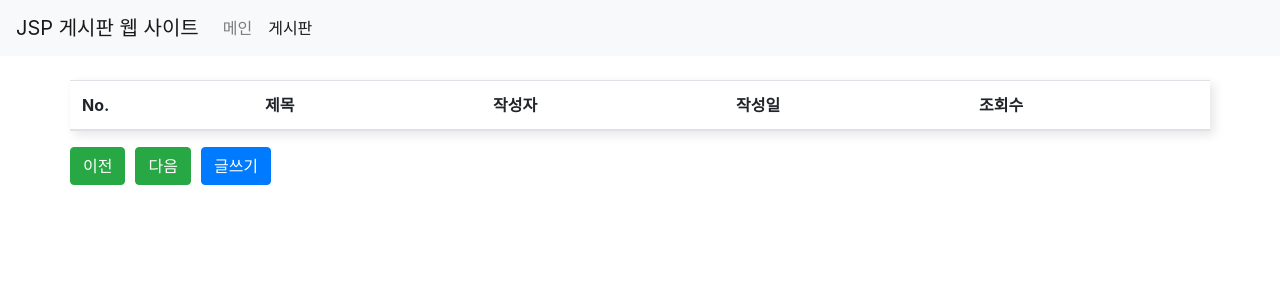
Repository: hz6450/2024-summer-jsp-notice-project
Page: http://localhost/BBS/BBS.jsp?pageNumber=0
An editor plug-in stored every save of this project. The page is shown before and after the next save, followed by the edit.
The browser window is 1280 px wide. The pictures show the whole page.
Some web libraries are served in a nearby version. The page is served by Tomcat 10. Other server files are loaded and not shown. Queries for data that is not in the repository find no rows.

Above is the page before, as saved 2024-07-16 00:01:34.

### projects/BBS/src/main/webapp/BBS.jsp
<%@ page language="java" contentType="text/html; charset=UTF-8"
	pageEncoding="UTF-8"%>
<%@ page import="java.io.PrintWriter"%>
<%@ page import="bbs.BbsDAO"%>
<%@ page import="bbs.Bbs"%>
<%@ page import="java.util.ArrayList"%>
<!DOCTYPE html>
<html>

<head>
<meta charset="UTF-8">
<meta name="viewport" content="width=device-width, initial-scale=1">
<title>JSP 게시판 웹 사이트</title>
<link rel="stylesheet" href="https://stackpath.bootstrapcdn.com/bootstrap/4.5.2/css/bootstrap.min.css">
<style type="text/css">
    /* Custom CSS styles can go here */
    #bbs-table {
        box-shadow: 4px 4px 10px rgba(0, 0, 0, 0.1);
    }
    #bbs-table th, #bbs-table td {
        vertical-align: middle;
    }
    .btn-arrow-left {
        margin-right: 10px;
    }
</style>
</head>

<body>
<%
	String userID = null;
	if (session.getAttribute("userID") != null) {
		userID = (String) session.getAttribute("userID");

	}
	int pageNumber = 1;
	if (request.getParameter("pageNumber") != null) {
		pageNumber = Integer.parseInt(request.getParameter("pageNumber"));
	}
	%>

    <nav class="navbar navbar-expand-lg navbar-light bg-light">
        <a class="navbar-brand" href="main.jsp">JSP 게시판 웹 사이트</a>
        <button class="navbar-toggler" type="button" data-toggle="collapse" data-target="#bs-example-navbar-collapse-1"
            aria-controls="bs-example-navbar-collapse-1" aria-expanded="false" aria-label="Toggle navigation">
            <span class="navbar-toggler-icon"></span>
        </button>

        <div class="collapse navbar-collapse" id="bs-example-navbar-collapse-1">
            <ul class="navbar-nav mr-auto">
                <li class="nav-item">
                    <a class="nav-link" href="main.jsp">메인</a>
                </li>
                <li class="nav-item active">
                    <a class="nav-link" href="BBS.jsp">게시판</a>
                </li>
            </ul>
        </div>
    </nav>

    <div class="container mt-4">
        <div class="row">
            <table class="table table-striped" id="bbs-table">
                <thead>
                    <tr>
                        <th scope="col">No.</th>
                        <th scope="col" style="width: 20%">제목</th>
                        <th scope="col">작성자</th>
                        <th scope="col">작성일</th>
                        <th scope="col">조회수</th>
                    </tr>
                </thead>
                <tbody>
                    <%
                    BbsDAO bbsDAO = new BbsDAO();
                    ArrayList<Bbs> list = bbsDAO.getList(pageNumber);
                    for (int i = 0; i < list.size(); i++) {
                    %>
                    <tr>
                        <td><%=list.get(i).getBbsId()%></td>
                        <td><a href="view.jsp?bbsID=<%=list.get(i).getBbsId()%>"><%=list.get(i).getBbsTitle()%></a></td>
                        <td><%=list.get(i).getUserID()%></td>
                        <td><%=list.get(i).getBbsDate().substring(0, 16).replace(" ", "<br>")%></td>
                        <td><%=list.get(i).getBbsView()%></td>
                    </tr>
                    <% } %>
                </tbody>
            </table>

            <div class="d-flex justify-content-between align-items-center">
                <a href="BBS.jsp?pageNumber=<%=pageNumber - 1%>" class="btn btn-success btn-arrow-left">이전</a>
                <a href="BBS.jsp?pageNumber=<%=pageNumber + 1%>" class="btn btn-success btn-arrow-left">다음</a>
                <a href="write.jsp" class="btn btn-primary">글쓰기</a>
            </div>
        </div>
    </div>

    <script src="https://code.jquery.com/jquery-3.5.1.slim.min.js"></script>
    <script src="https://cdn.jsdelivr.net/npm/@popperjs/core@1.16.1/dist/umd/popper.min.js"></script>
    <script src="https://stackpath.bootstrapcdn.com/bootstrap/4.5.2/js/bootstrap.min.js"></script>
</body>

</html>

### projects/BBS/src/main/java/bbs/BbsDAO.java
package bbs;

import java.sql.Connection;
import java.sql.DriverManager;
import java.sql.PreparedStatement;
import java.sql.ResultSet;
import java.util.ArrayList;

public class BbsDAO {

	private Connection conn;
	private ResultSet rs;

	public BbsDAO() {
		try {
			String dbURL = "jdbc:mysql://localhost:3306/BBS";
			String dbID = "root";
			String dbPassword = "6450";
			Class.forName("com.mysql.jdbc.Driver");
			conn = DriverManager.getConnection(dbURL, dbID, dbPassword);
		} catch (Exception e) {
			e.printStackTrace();
		}
	}

	public String getDate() {
		String SQL = "SELECT NOW()";
		try {
			PreparedStatement pstmt = conn.prepareStatement(SQL);
			rs = pstmt.executeQuery();
			if (rs.next()) {
				return rs.getString(1);
			}
		} catch (Exception e) {
			e.printStackTrace();
		}
		return "";
	}

	public int getNext() {
		String SQL = "SELECT bbsID FROM BBS ORDER BY bbsID DESC";
		try {
			PreparedStatement pstmt = conn.prepareStatement(SQL);
			rs = pstmt.executeQuery();
			if (rs.next()) {
				return rs.getInt(1) + 1;
			}
		} catch (Exception e) {
			e.printStackTrace();
		}
		return 1;
	}

	public int write(String bbsTitle, String userID, String bbsContent) {
		String SQL = "INSERT INTO BBS VALUE(?,?,?,?,?,?,?)";
		try {
			PreparedStatement pstmt = conn.prepareStatement(SQL);

			pstmt.setInt(1, getNext());
			pstmt.setString(2, bbsTitle);
			pstmt.setString(3, userID);
			pstmt.setString(4, getDate());
			pstmt.setString(5, bbsContent);
			pstmt.setInt(6, 1);
			pstmt.setInt(7, 0);
			return pstmt.executeUpdate();
		} catch (Exception e) {
			e.printStackTrace();
		}
		return -1;
	}

	public ArrayList<Bbs> getList(int pageNumber) {
		String SQL = "SELECT * From BBS WHERE bbsID < ? AND bbsAvailable = 1 ORDER BY bbsID DESC LIMIT 5";
		ArrayList<Bbs> list = new ArrayList<Bbs>();
		try {
			PreparedStatement pstmt = conn.prepareStatement(SQL);
			pstmt.setInt(1, getNext() - (pageNumber - 1) * 5);
			rs = pstmt.executeQuery();
			while (rs.next()) {
				Bbs bbs = new Bbs();
				bbs.setBbsId(rs.getInt(1));
				bbs.setBbsTitle(rs.getString(2));
				bbs.setUserID(rs.getString(3));
				bbs.setBbsDate(rs.getString(4));
				bbs.setBbsContent(rs.getString(5));
				bbs.setBbsAvailable(rs.getInt(6));
				bbs.setBbsView(rs.getInt(7));
				list.add(bbs);
			}
		} catch (Exception e) {
			e.printStackTrace();
		}
		return list;
	}

	public boolean nextPage(int pageNumber) {
		String SQL = "SELECT * From BBS WHERE bbsAvailable = 1 ORDER BY bbsID DESC LIMIT 20";
		try {
			PreparedStatement pstmt = conn.prepareStatement(SQL);
			pstmt.setInt(1, getNext() - (pageNumber - 1) * 5);
			rs = pstmt.executeQuery();
			if (rs.next()) {
				return true;
			}
		} catch (Exception e) {
			e.printStackTrace();
		}
		return false;
	}

	public Bbs getBbs(int bbsID) {
		String SQL = "SELECT * FROM BBS WHERE bbsID = ?";
		try {
			PreparedStatement pstmt = conn.prepareStatement(SQL);
			pstmt.setInt(1, bbsID);
			rs = pstmt.executeQuery();
			if (rs.next()) {
				Bbs bbs = new Bbs();
				bbs.setBbsId(rs.getInt(1));
				bbs.setBbsTitle(rs.getString(2));
				bbs.setUserID(rs.getString(3));
				bbs.setBbsDate(rs.getString(4));
				bbs.setBbsContent(rs.getString(5));
				bbs.setBbsAvailable(rs.getInt(6));
				int bbsView = rs.getInt(7);
				bbs.setBbsView(bbsView);
				bbsView = bbsView + 1;
				countUpdate(bbsView, bbsID);
				return bbs;
			}
		} catch (Exception e) {
			e.printStackTrace();
		}
		return null;
	}

	public int countUpdate(int bbsCount, int bbsID) {
		String SQL = "update bbs set bbsViews = ? where bbsID = ?";
		try {
			PreparedStatement pstmt = conn.prepareStatement(SQL);
			pstmt.setInt(1, bbsCount);// 물음표의 순서
			pstmt.setInt(2, bbsID);
			return pstmt.executeUpdate();// insert,delete,update
		} catch (Exception e) {
			e.printStackTrace();
		}
		return -1;// 데이터베이스 오류
	}

	public int update(int bbsID, String bbsTitle, String bbsContent) {
		String SQL = "UPDATE BBS SET bbsTitle = ?, bbsContent= ? WHERE bbsID = ?";
		try {
			PreparedStatement pstmt = conn.prepareStatement(SQL);

			pstmt.setString(1, bbsTitle);
			pstmt.setString(2, bbsContent);
			pstmt.setInt(3, bbsID);

			return pstmt.executeUpdate();
		} catch (Exception e) {
			e.printStackTrace();
		}
		return -1;
	}

	public int delete(int bbsID) {
		String SQL = "DELETE FROM BBS WHERE bbsID = ?";
		try {
			PreparedStatement pstmt = conn.prepareStatement(SQL);
			pstmt.setInt(1, bbsID);

			return pstmt.executeUpdate();
		} catch (Exception e) {
			e.printStackTrace();
		}
		return -1;
	}
}

After the next save:
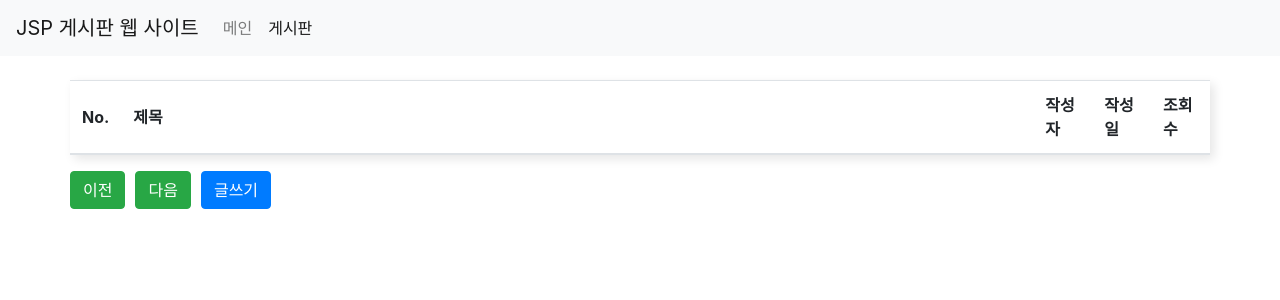
Saved 6 s later.
--- a/projects/BBS/src/main/webapp/BBS.jsp
+++ b/projects/BBS/src/main/webapp/BBS.jsp
@@ -64,7 +64,7 @@
                 <thead>
                     <tr>
                         <th scope="col">No.</th>
-                        <th scope="col" style="width: 20%">제목</th>
+                        <th scope="col" style="width: 80%">제목</th>
                         <th scope="col">작성자</th>
                         <th scope="col">작성일</th>
                         <th scope="col">조회수</th>
